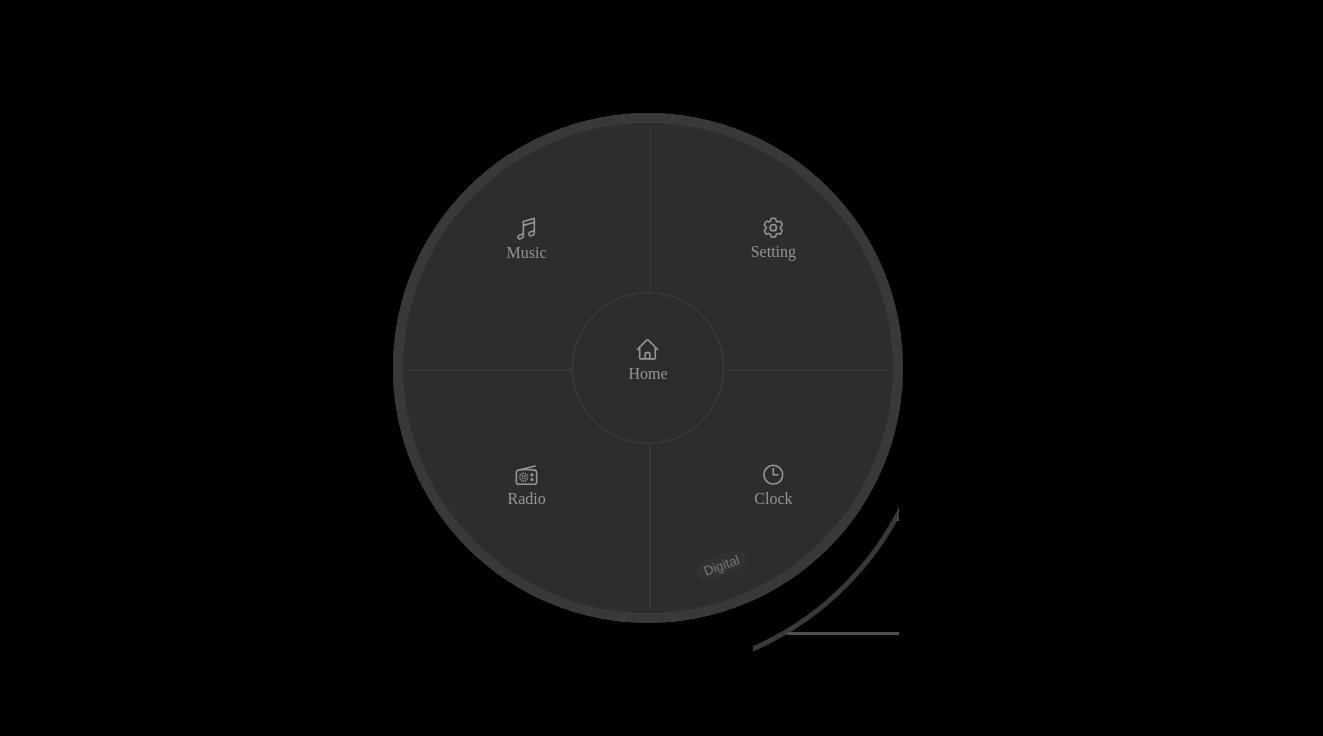
Repository: hsumyatm7308/Basecycle
Page: index.html
An editor plug-in stored every save of this project. The page is shown before and after a run of saves, followed by the edit.
The browser window is 1280 px wide. The page is 1323 px wide, so the pictures cover 1323 px, including what lies to the right of the window. The pictures show the whole page.
After loading, the first visible `#digital` was clicked once.

Above is the page before, as saved 2023-06-02 23:20:39.

After the next 3 saves:
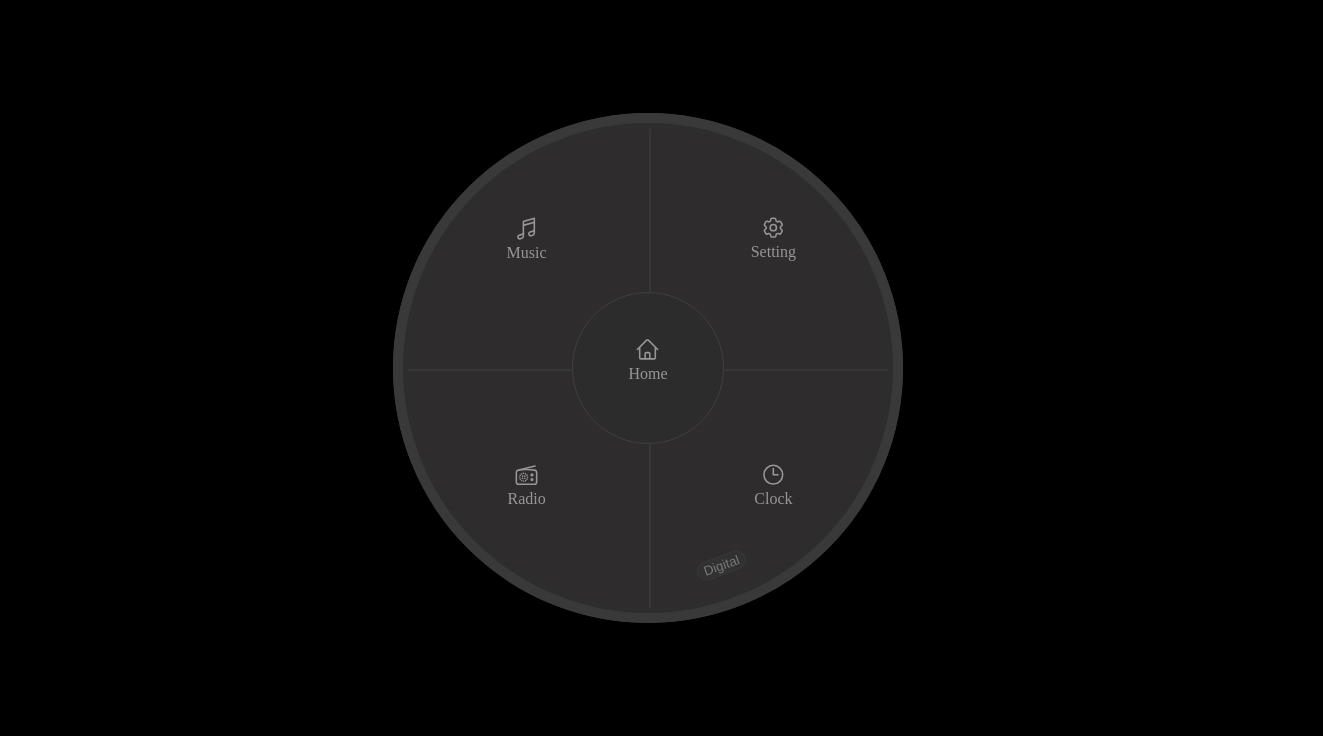
The 3 saves are shown as one change because they came seconds apart.
The last was saved 42 min 47 s later.
--- a/script.js
+++ b/script.js
@@ -117,7 +117,8 @@
 
 var digitalid = document.getElementById('digital');
 var dgidone = document.getElementById('dgid1');
-console.log(digital.length)
+var dgidtwo = document.getElementById('dgid2');
+// console.log(digital.length)
 
 
 
@@ -126,7 +127,8 @@
 
 
 
-  dgidone.classList.toggle('dgani1p1')
+  dgidone.classList.toggle('dgani1p1');
+  dgidone.classList.toggle('dgani1p1');
 
         digitalid.addEventListener('click',function(){
             dgidone.classList.toggle('dganireverse1');

After the save that followed:
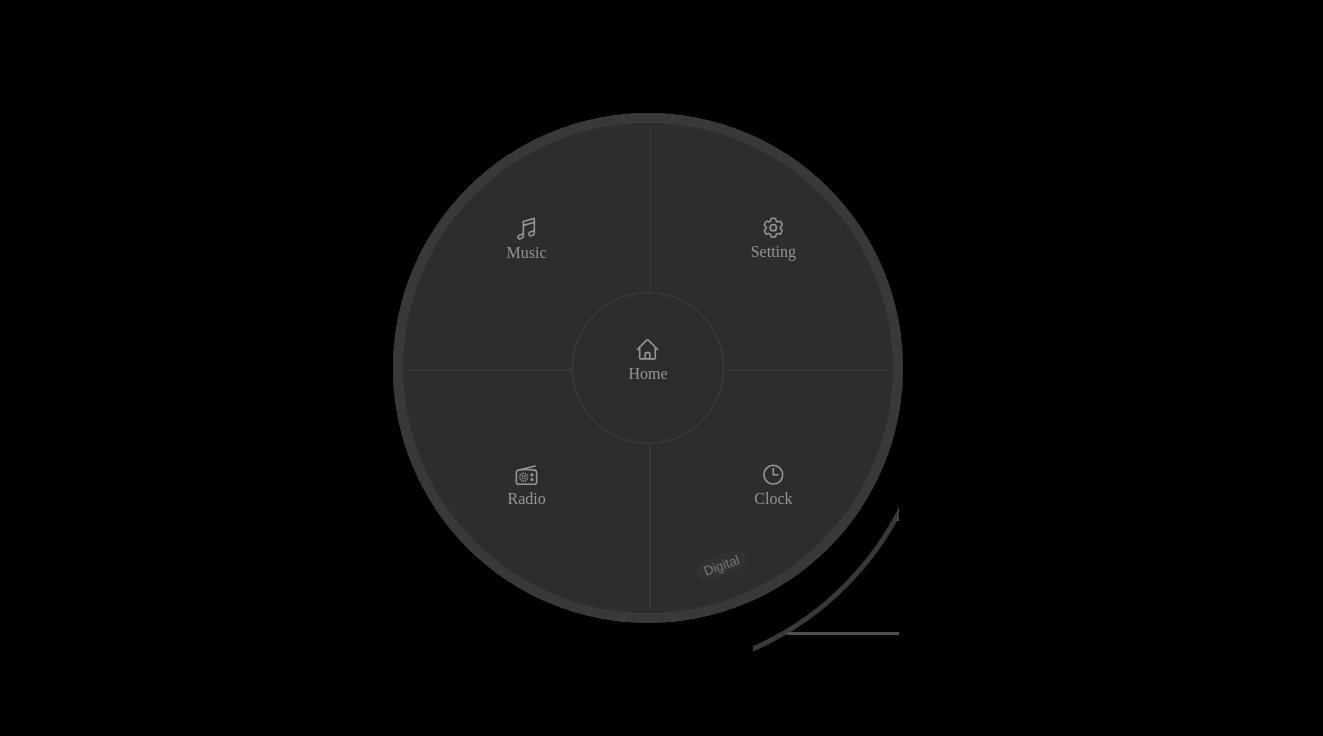
Saved 11 s later.
--- a/script.js
+++ b/script.js
@@ -128,7 +128,7 @@
 
 
   dgidone.classList.toggle('dgani1p1');
-  dgidone.classList.toggle('dgani1p1');
+  dgidtwo.classList.toggle('dgani1p1');
 
         digitalid.addEventListener('click',function(){
             dgidone.classList.toggle('dganireverse1');
